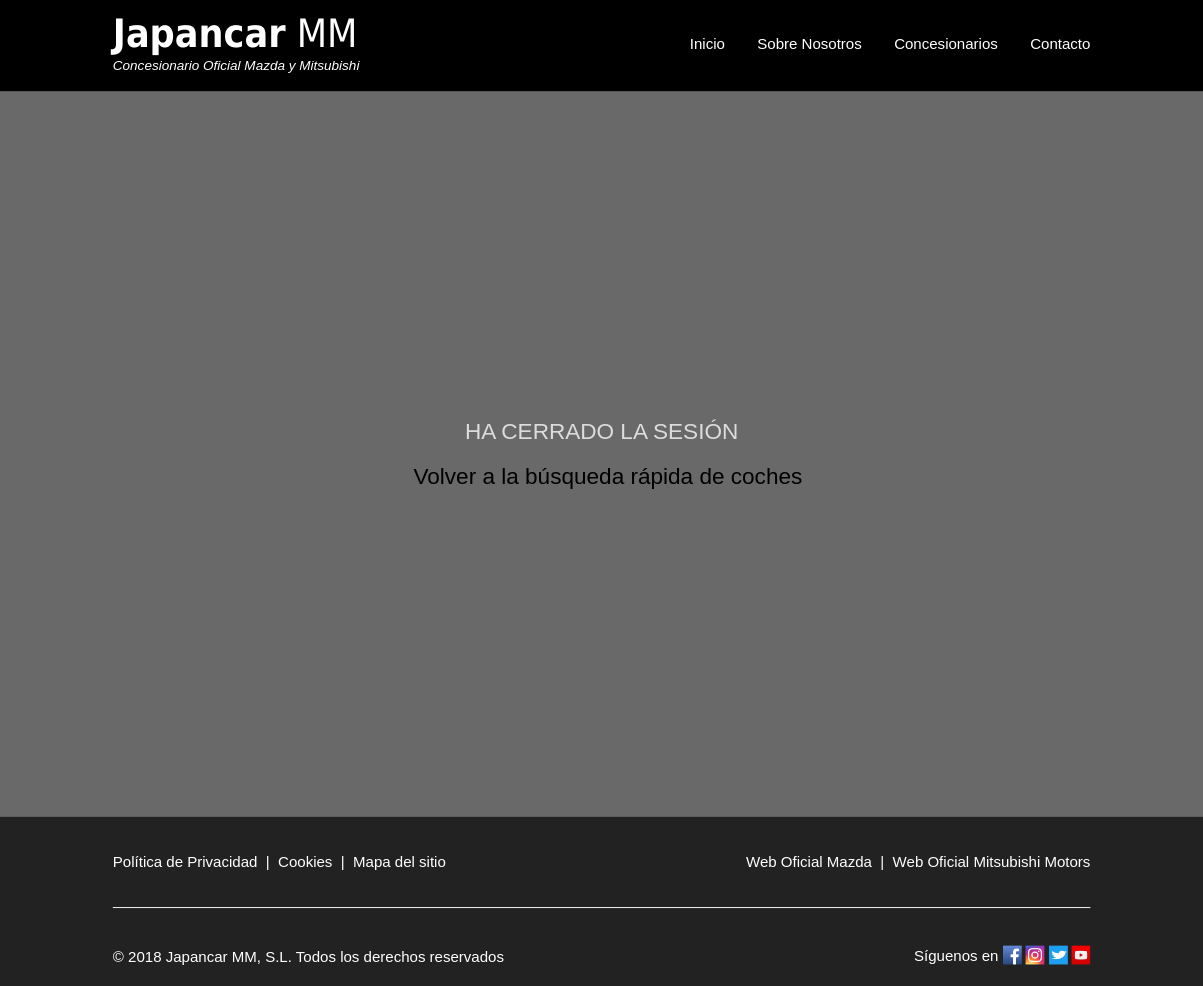
Repository: fjrm/Proyecto_1
Page: PruebaEE/WebContent/PaginaFin.html
The author's editor kept a copy of each file at every save. The page is drawn from the files as they stood at one save, then again after the next save.
The browser window is 1280 px wide. The pictures show the whole page, at 94% of full size.
Some web libraries are served in a nearby version.

Above is the page before, as saved 2018-12-05 10:55:05.

After the next save:
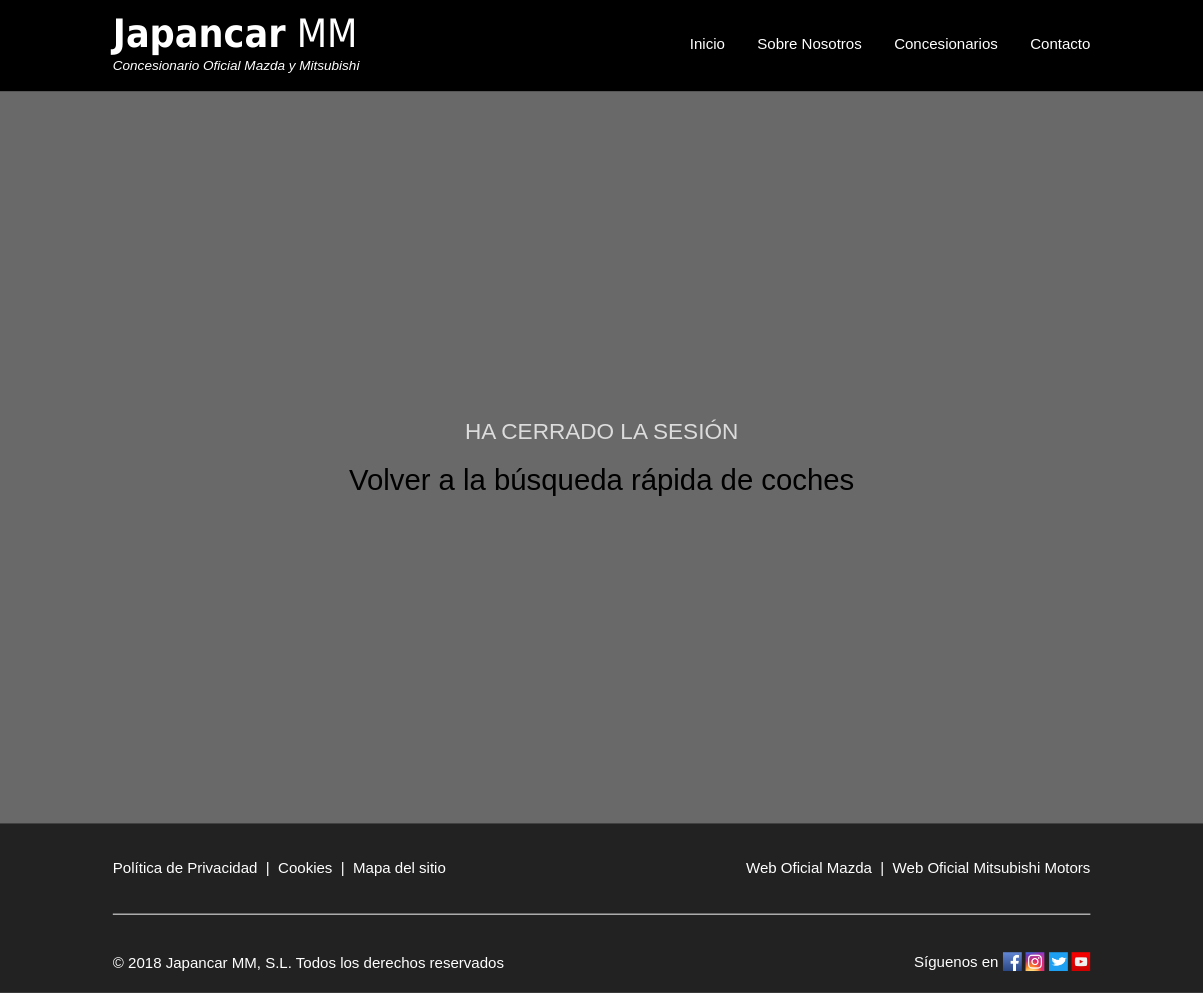
Saved 4 min 22 s later.
--- a/PruebaEE/WebContent/PaginaFin.html
+++ b/PruebaEE/WebContent/PaginaFin.html
@@ -57,7 +57,7 @@
 			HA CERRADO LA SESIÓN
 			<br>
 			<br>
-			<a href='http://localhost:8080/PruebaEE/envioPost.html'> &nbsp Volver a la búsqueda rápida de coches</a>
+			<a style='font-size: 1.3em''; href='http://localhost:8080/PruebaEE/envioPost.html'> Volver a la búsqueda rápida de coches</a>
 		</main>
 		<footer>
 			<section>
